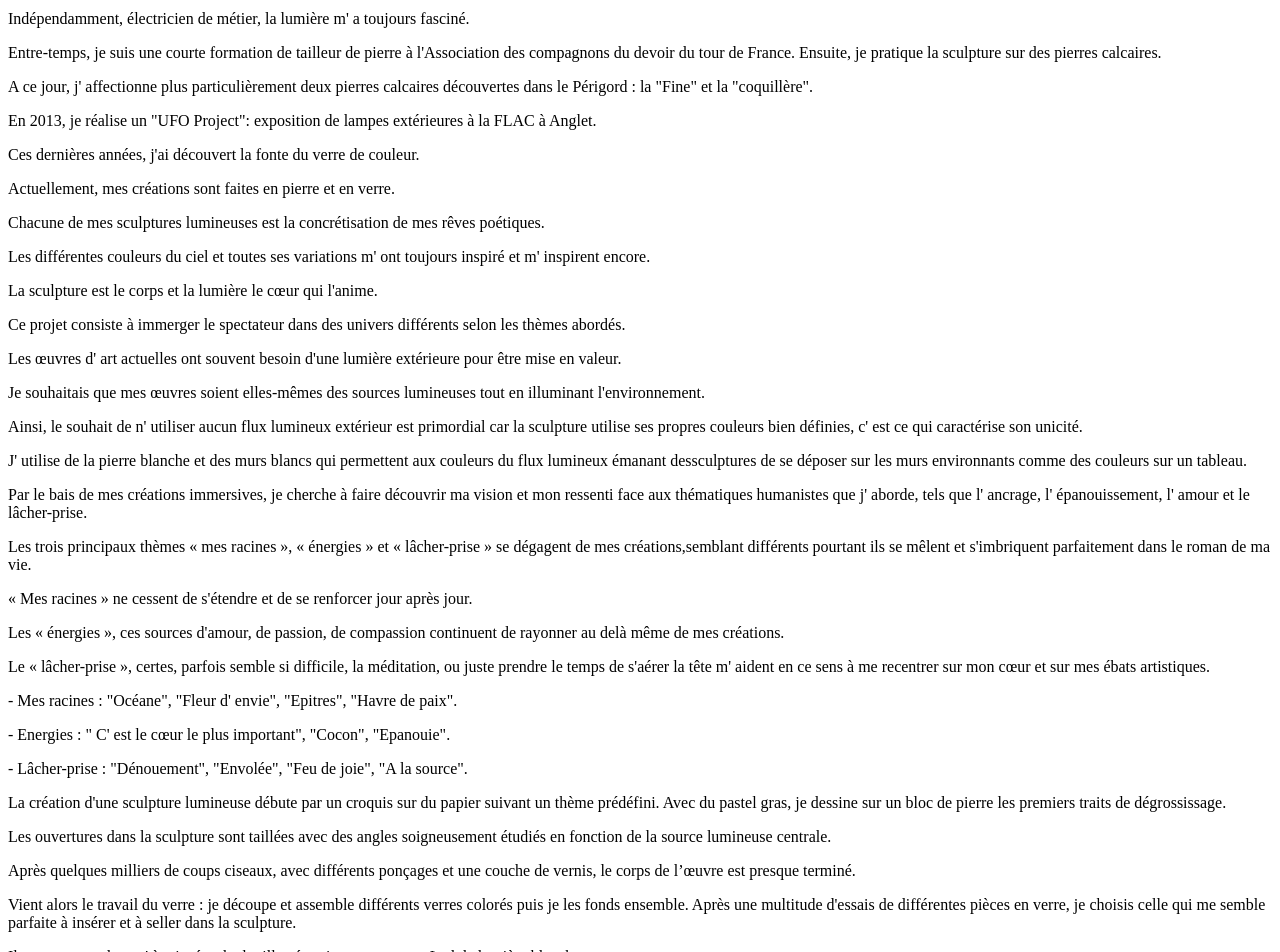
Repository: lysianebo/EricBidart
Page: presentation_more.html
These files come from the project's save history. The page is drawn as it stood at one moment and after the next save; the edit follows.
The browser window is 1280 px wide. The pictures show the part of the page from y = 456 to 1408 px (the page is 1540 px tall before and 1574 px after).
A picture or video elsewhere on the page could not be fetched, so the positions and the page height are approximate.

Above is the page before, as saved 2023-10-29 11:03:21.

### presentation_more.html
<!DOCTYPE html>
<html lang="en">
<head>
    <meta charset="UTF-8">
    <meta name="viewport" content="width=device-width, initial-scale=1.0">
    <title>Document</title>
    <link rel="stylesheet" href="public/css/style.css">
</head>
<body id="presentation_more">

    <button class="back-button"><a href="presentation.html">Retour</a></button>
    <div id="presentation" class="content" >
                <img src="public/images/happy_moi.jpeg"
                    alt="">

        <h3>Mes origines</h3>
        <div class="card">

        <img src="https://www.radiofrance.fr/s3/cruiser-production/2021/05/5850328a-1a4a-489e-b57c-4a3e11bc4e59/560x315_gettyimages-178984667.webp" width="200 * 200">
        <p> Né le 24 septembre 1978 à Orthez dans les Pyrénées Atlantiques, je passe mon enfance entre le Béarn, le Pays-Basque et les plages landaises.</p>
        </div>
        <h3>Mes passions</h3>
        <p> Artiste autodidacte, très jeune , je réalise toutes formes de créations artistiques: De la poésie à la musique, du pastel gras à la peinture, de la sculpture d' argile à la pierre.</p>
        <p> Indépendamment, électricien de métier, la lumière m' a toujours fasciné.</p>
        <p> Entre-temps, je suis une courte formation de tailleur de pierre à l'Association des compagnons du devoir du
            tour de France. Ensuite, je pratique la sculpture sur des pierres calcaires.</p>
        <p> A ce jour, j' affectionne plus particulièrement deux pierres calcaires découvertes dans le Périgord : la
            "Fine" et la "coquillère".</p>
        <p> En 2013, je réalise un "UFO Project": exposition de lampes extérieures à la FLAC à Anglet.</p>
        <p> Ces dernières années, j'ai découvert la fonte du verre de couleur.</p>
        <p> Actuellement, mes créations sont faites en pierre et en verre.</p>
        <p>Chacune de mes sculptures lumineuses est la concrétisation de mes rêves poétiques.</p>
    </div>
    <div class="content" id="demarche">

        <p>Les différentes couleurs du ciel et toutes ses variations m' ont toujours inspiré et m' inspirent encore.</p>
        <p>La sculpture est le corps et la lumière le cœur qui l'anime.</p>
        <p>Ce projet consiste à immerger le spectateur dans des univers différents selon les thèmes abordés.</p>
        <p>Les œuvres d' art actuelles ont souvent besoin d'une lumière extérieure pour être mise en valeur.</p>
        <p>Je souhaitais que mes œuvres soient elles-mêmes des sources lumineuses tout en illuminant l'environnement.</p>
        <p>Ainsi, le souhait de n' utiliser aucun flux lumineux extérieur est primordial car la sculpture utilise ses propres couleurs bien définies, c' est ce qui caractérise son unicité.</p>
        <p>J' utilise de la pierre blanche et des murs blancs qui permettent aux couleurs du flux lumineux émanant dessculptures de se déposer sur les murs environnants comme des couleurs sur un tableau.</p>
        <p>Par le bais de mes créations immersives, je cherche à faire découvrir ma vision et mon ressenti face aux thématiques humanistes que j' aborde, tels que l' ancrage, l' épanouissement, l' amour et le lâcher-prise.</p>
        <p>Les trois principaux thèmes « mes racines », « énergies » et « lâcher-prise » se dégagent de mes créations,semblant différents pourtant ils se mêlent et s'imbriquent parfaitement dans le roman de ma vie.</p>
        <p>« Mes racines » ne cessent de s'étendre et de se renforcer jour après jour.</p>
        <p>Les « énergies », ces sources d'amour, de passion, de compassion continuent de rayonner au delà même de mes créations.</p>
        <p>Le « lâcher-prise », certes, parfois semble si difficile, la méditation, ou juste prendre le temps de s'aérer la tête m' aident en ce sens à me recentrer sur mon cœur et sur mes ébats artistiques.</p>
        <p>- Mes racines : "Océane", "Fleur d' envie", "Epitres", "Havre de paix".</p>
        <p>- Energies : " C' est le cœur le plus important", "Cocon", "Epanouie".</p>
        <p>- Lâcher-prise : "Dénouement", "Envolée", "Feu de joie", "A la source".</p>
    </div>
    <div class="content" id="technique">
        <p>La création d'une sculpture lumineuse débute par un croquis sur du papier suivant un thème prédéfini. Avec du pastel gras, je dessine sur un bloc de pierre les premiers traits de dégrossissage. </p>
        <p>Les ouvertures dans la sculpture sont taillées avec des angles soigneusement étudiés en fonction de la source
            lumineuse centrale.</p>
        <p>Après quelques milliers de coups ciseaux, avec différents ponçages et une couche de vernis,
            le corps de l’œuvre est presque terminé.</p>
        <p> Vient alors le travail du verre : je découpe et assemble différents verres colorés puis je les fonds ensemble.
            Après une multitude d'essais de différentes pièces en verre, je choisis celle qui me semble parfaite à insérer
            et à seller dans la sculpture.</p>
        <p>Il ne me reste plus qu' à y insérer la douille céramique et son spot Led de lumière blanche.</p>
        <p> L’œuvre est enfin terminée.</p>
        <p> Chaque sculpture a sa propre identité, son propre univers.</p>
        <p> « Du papier à la pierre, De la poésie à la lumière. »</p>
    </div>
</body>
</html>

### public/css/style.css
/* @import url("https://fonts.googleapis.com/css2?family=Belanosima:wght@400;700&family=Noto+Sans&family=Outfit&family=Rubik:wght@400;500;700&display=swap"); */
/*# sourceMappingURL=style.css.map */

After the next save:
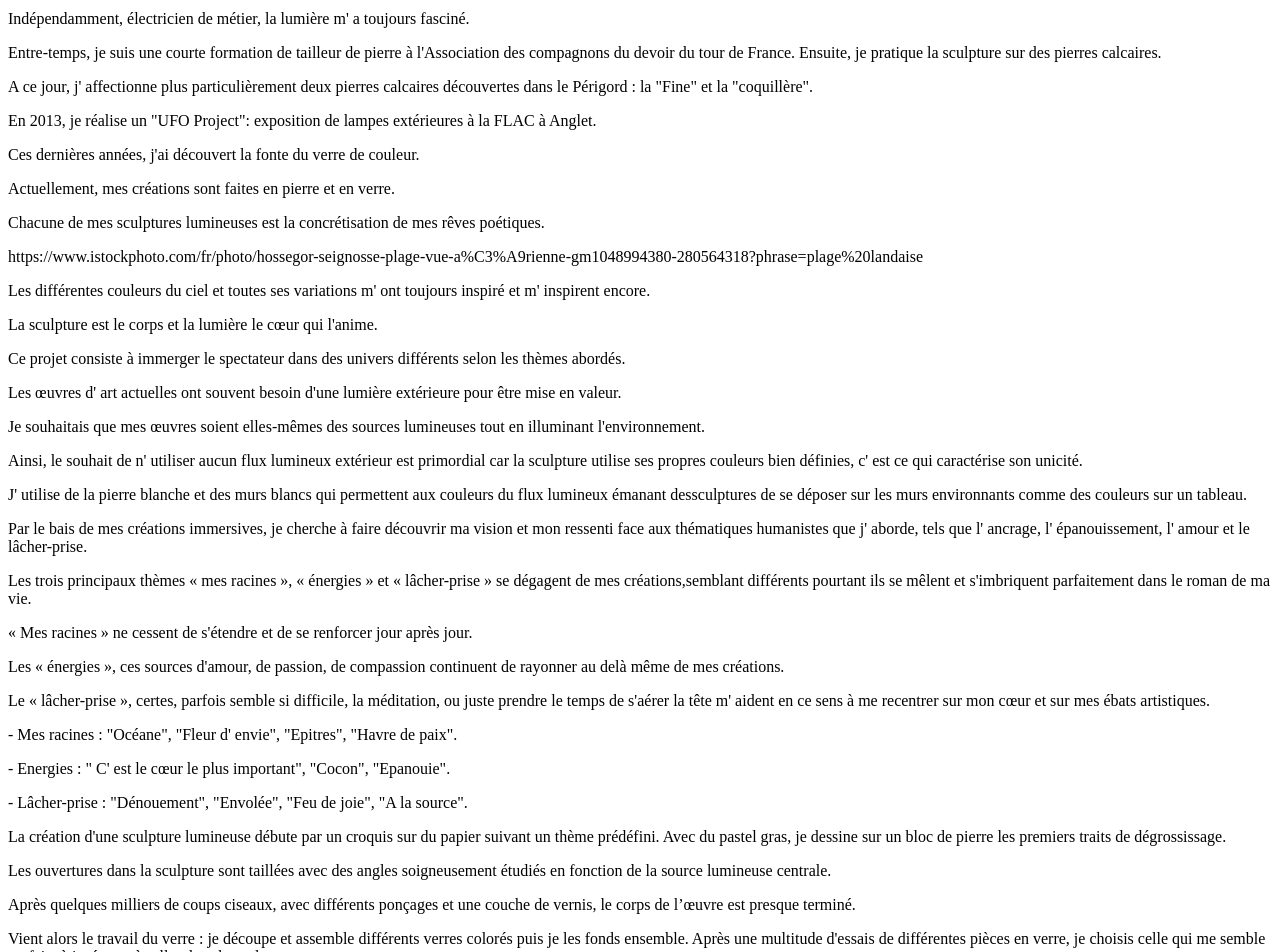
Saved 84 s later.
--- a/presentation_more.html
+++ b/presentation_more.html
@@ -20,10 +20,12 @@
         <p> Né le 24 septembre 1978 à Orthez dans les Pyrénées Atlantiques, je passe mon enfance entre le Béarn, le Pays-Basque et les plages landaises.</p>
         </div>
         <h3>Mes passions</h3>
-        <p> Artiste autodidacte, très jeune , je réalise toutes formes de créations artistiques: De la poésie à la musique, du pastel gras à la peinture, de la sculpture d' argile à la pierre.</p>
-        <p> Indépendamment, électricien de métier, la lumière m' a toujours fasciné.</p>
-        <p> Entre-temps, je suis une courte formation de tailleur de pierre à l'Association des compagnons du devoir du
-            tour de France. Ensuite, je pratique la sculpture sur des pierres calcaires.</p>
+        <div>
+            <p> Artiste autodidacte, très jeune , je réalise toutes formes de créations artistiques: De la poésie à la musique, du pastel gras à la peinture, de la sculpture d' argile à la pierre.</p>
+            <p> Indépendamment, électricien de métier, la lumière m' a toujours fasciné.</p>
+            <p> Entre-temps, je suis une courte formation de tailleur de pierre à l'Association des compagnons du devoir du
+                tour de France. Ensuite, je pratique la sculpture sur des pierres calcaires.</p>
+        </div>
         <p> A ce jour, j' affectionne plus particulièrement deux pierres calcaires découvertes dans le Périgord : la
             "Fine" et la "coquillère".</p>
         <p> En 2013, je réalise un "UFO Project": exposition de lampes extérieures à la FLAC à Anglet.</p>
@@ -32,7 +34,7 @@
         <p>Chacune de mes sculptures lumineuses est la concrétisation de mes rêves poétiques.</p>
     </div>
     <div class="content" id="demarche">
-
+        https://www.istockphoto.com/fr/photo/hossegor-seignosse-plage-vue-a%C3%A9rienne-gm1048994380-280564318?phrase=plage%20landaise
         <p>Les différentes couleurs du ciel et toutes ses variations m' ont toujours inspiré et m' inspirent encore.</p>
         <p>La sculpture est le corps et la lumière le cœur qui l'anime.</p>
         <p>Ce projet consiste à immerger le spectateur dans des univers différents selon les thèmes abordés.</p>

After the 2 saves that followed:
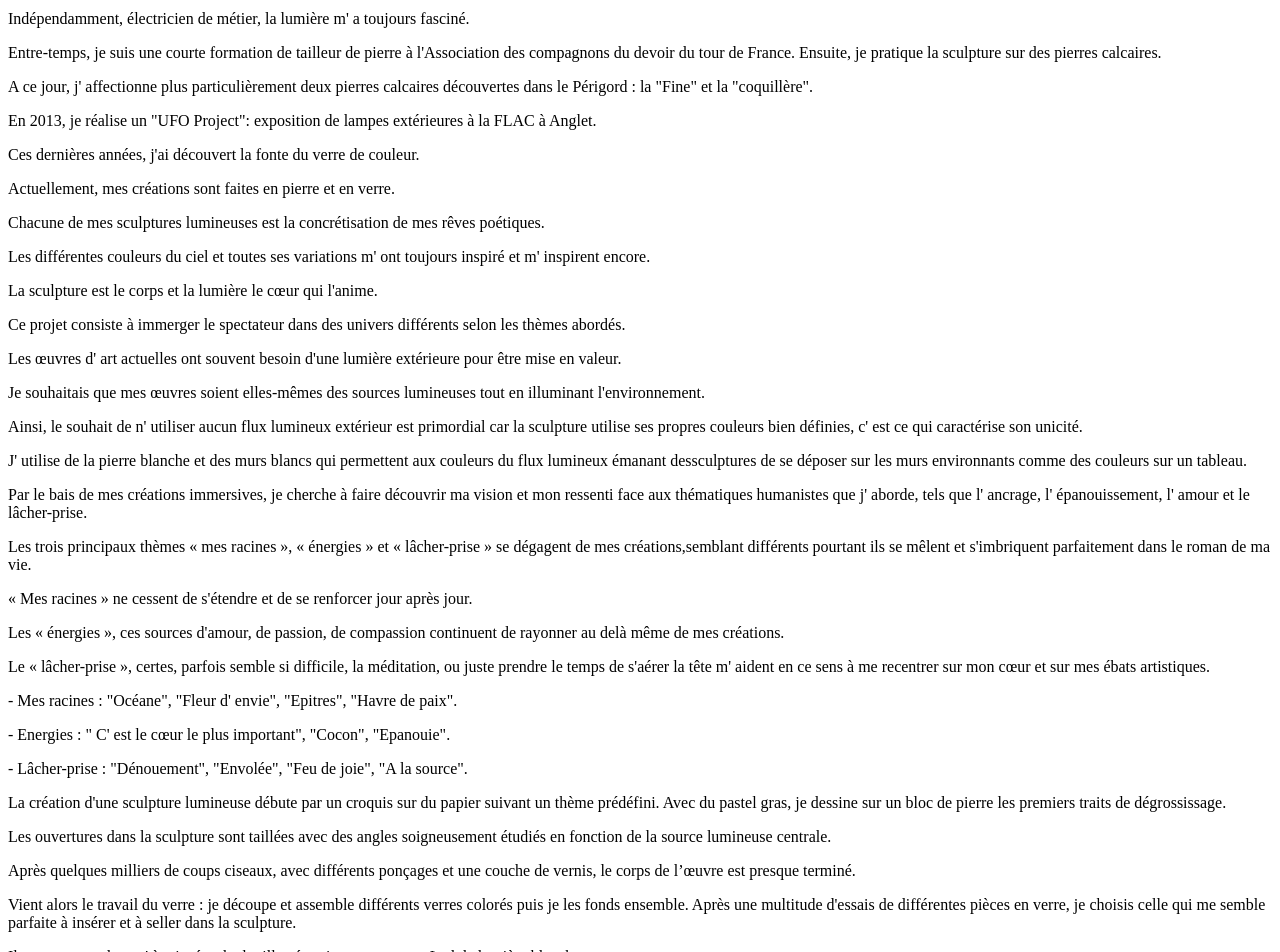
The 2 saves are shown as one change because 1 left the picture as it was.
The last was saved 104 s later.
--- a/presentation_more.html
+++ b/presentation_more.html
@@ -20,7 +20,7 @@
         <p> Né le 24 septembre 1978 à Orthez dans les Pyrénées Atlantiques, je passe mon enfance entre le Béarn, le Pays-Basque et les plages landaises.</p>
         </div>
         <h3>Mes passions</h3>
-        <div>
+    <div class="card">
             <p> Artiste autodidacte, très jeune , je réalise toutes formes de créations artistiques: De la poésie à la musique, du pastel gras à la peinture, de la sculpture d' argile à la pierre.</p>
             <p> Indépendamment, électricien de métier, la lumière m' a toujours fasciné.</p>
             <p> Entre-temps, je suis une courte formation de tailleur de pierre à l'Association des compagnons du devoir du
@@ -34,7 +34,6 @@
         <p>Chacune de mes sculptures lumineuses est la concrétisation de mes rêves poétiques.</p>
     </div>
     <div class="content" id="demarche">
-        https://www.istockphoto.com/fr/photo/hossegor-seignosse-plage-vue-a%C3%A9rienne-gm1048994380-280564318?phrase=plage%20landaise
         <p>Les différentes couleurs du ciel et toutes ses variations m' ont toujours inspiré et m' inspirent encore.</p>
         <p>La sculpture est le corps et la lumière le cœur qui l'anime.</p>
         <p>Ce projet consiste à immerger le spectateur dans des univers différents selon les thèmes abordés.</p>
